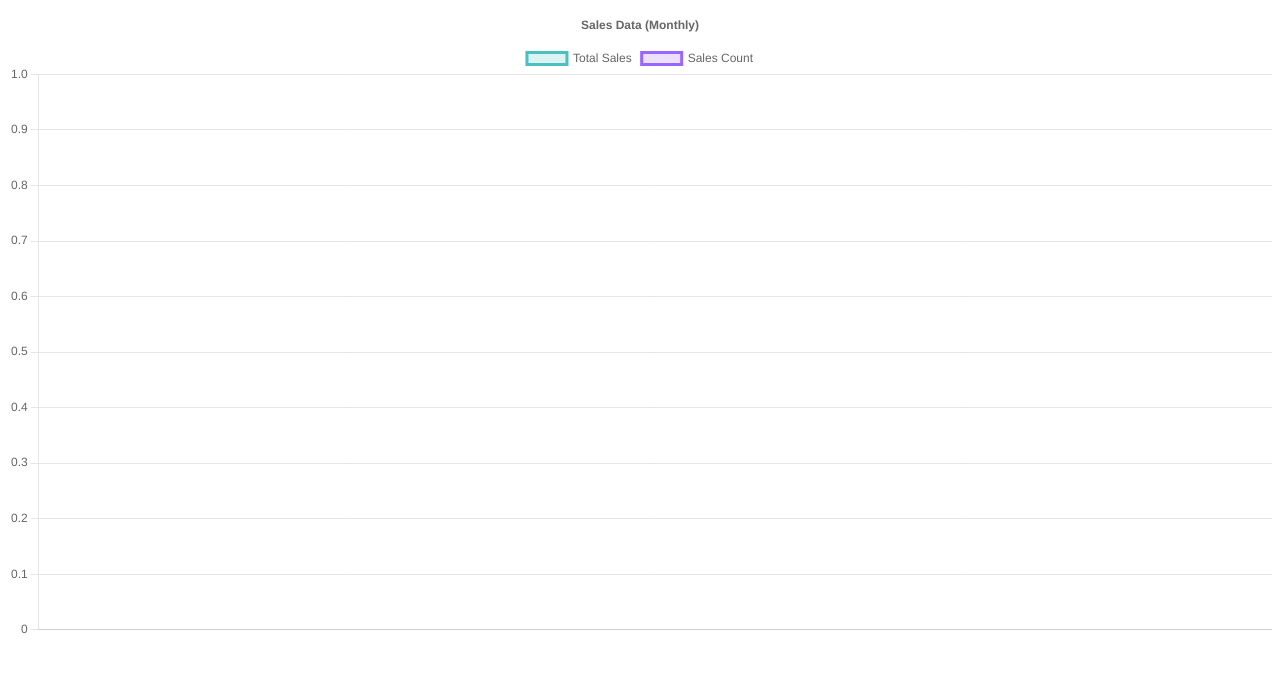
Repository: Qu4ntumGuy/visualize-it
Page: / (app in frontend/)
An editor plug-in stored every save of this project. The page is shown before and after the next save, followed by the edit.
The browser window is 1280 px wide. The pictures show the whole page.
The page's requests for data from a server got no answer. The project was rebuilt for these pictures with package versions that can differ from the ones it lists, and the page was loaded fresh each time. No one was signed in, and anything a server would have sent is missing.

Above is the page before, as saved 2024-08-19 13:48:28.

After the next save:
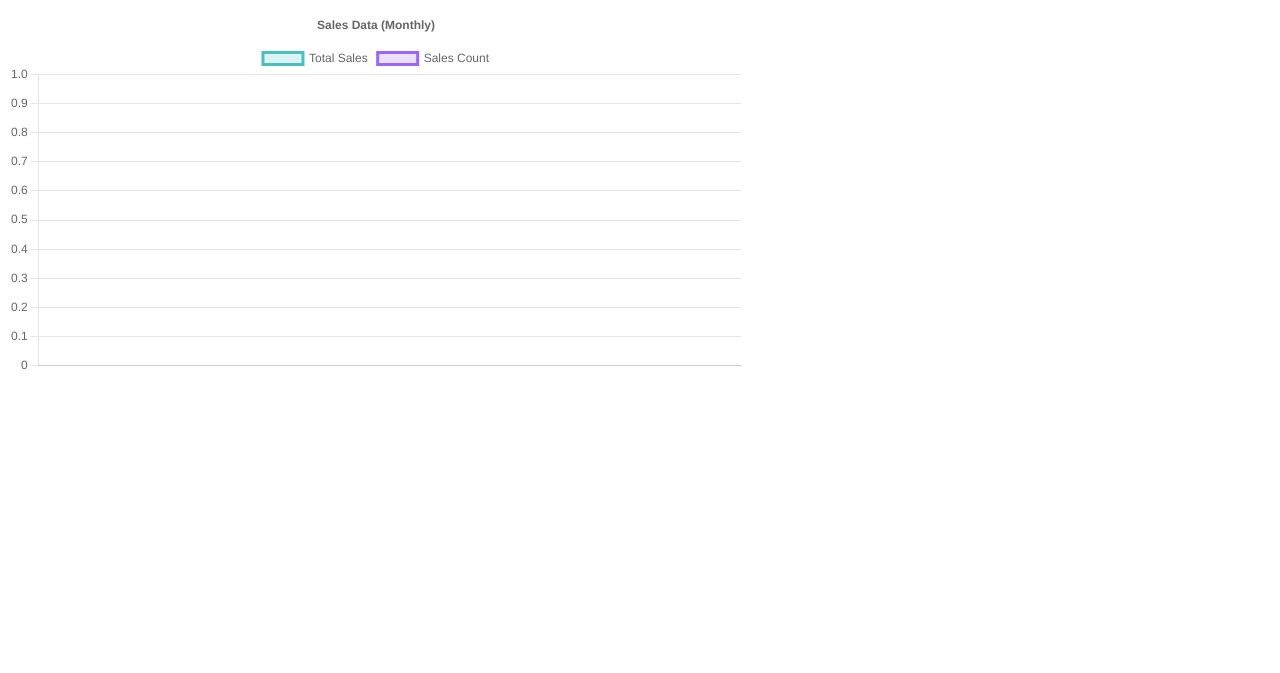
Saved 20 s later.
--- a/frontend/src/App.js
+++ b/frontend/src/App.js
@@ -24,7 +24,7 @@
 
   return (
     <div className="h-screen overflow-hidden">
-      <div className="p-2">
+      <div className="p-2 h-96">
         <TotalSales dataType={dataType} fetchedData={data} />
       </div>
     </div>

After the 2 saves that followed:
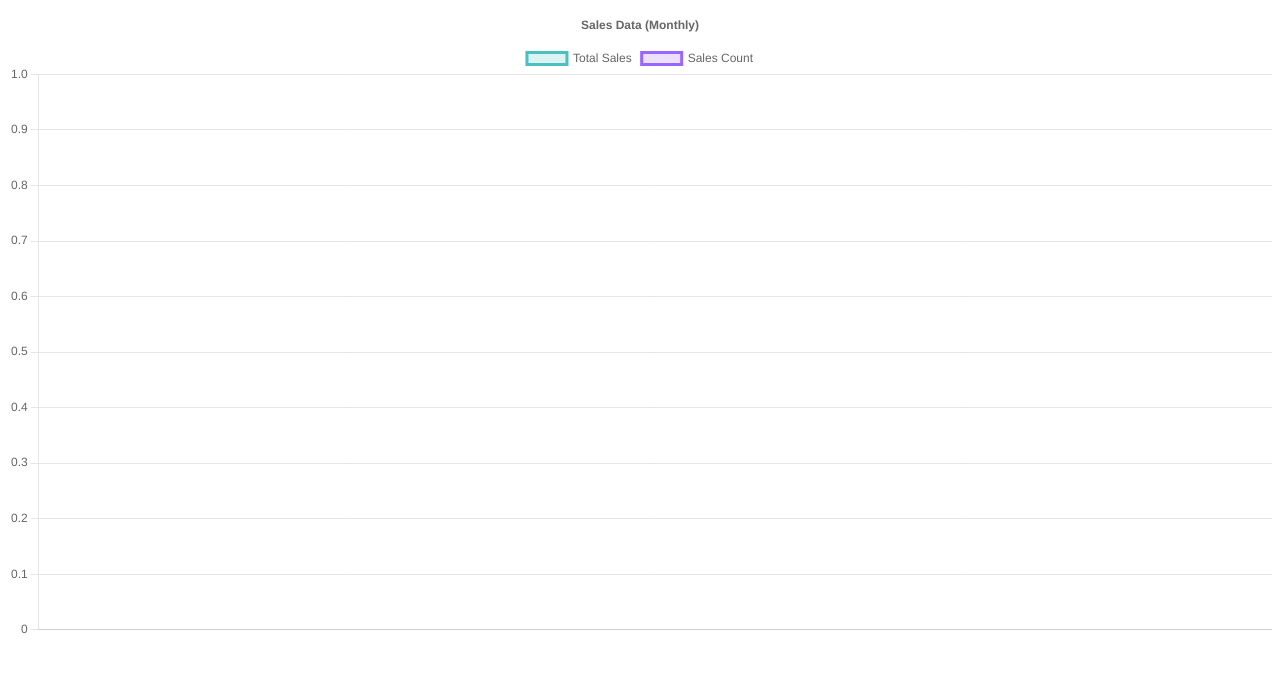
The 2 saves are shown as one change because 1 left the picture as it was.
The last was saved 15 s later.
--- a/frontend/src/App.js
+++ b/frontend/src/App.js
@@ -24,7 +24,7 @@
 
   return (
     <div className="h-screen overflow-hidden">
-      <div className="p-2 h-96">
+      <div className="p-2 w-full">
         <TotalSales dataType={dataType} fetchedData={data} />
       </div>
     </div>
